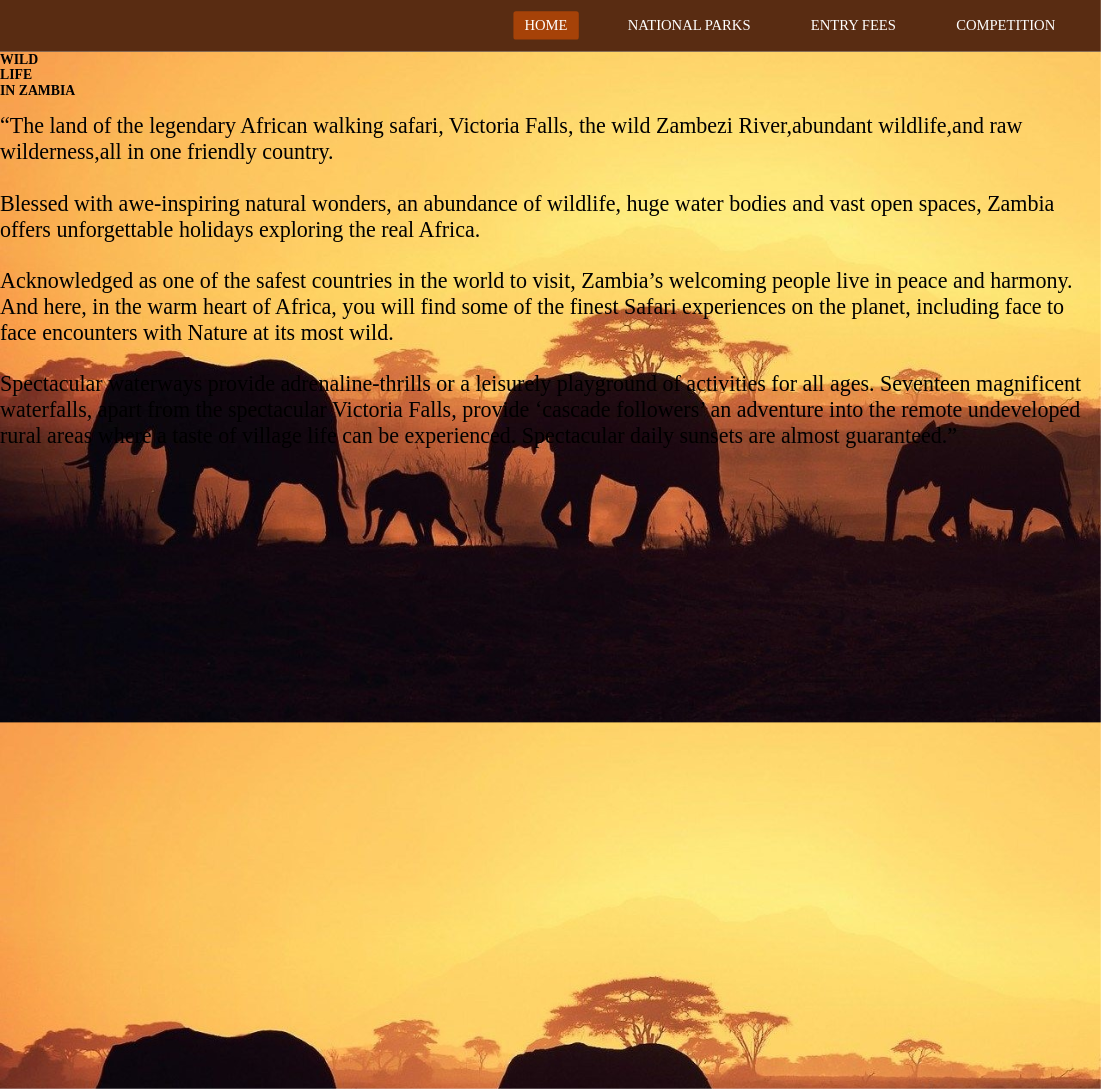
Repository: Lungdjos/web_assignment_3rd_yr
Page: home/index.html
These files come from the project's save history. The page is drawn as it stood at one moment and after the next save; the edit follows.
The browser window is 1280 px wide. The pictures show the whole page, at 86% of full size.
Some web libraries are served in a nearby version.

Above is the page before, as saved 2021-06-18 15:19:23.

After the next save:
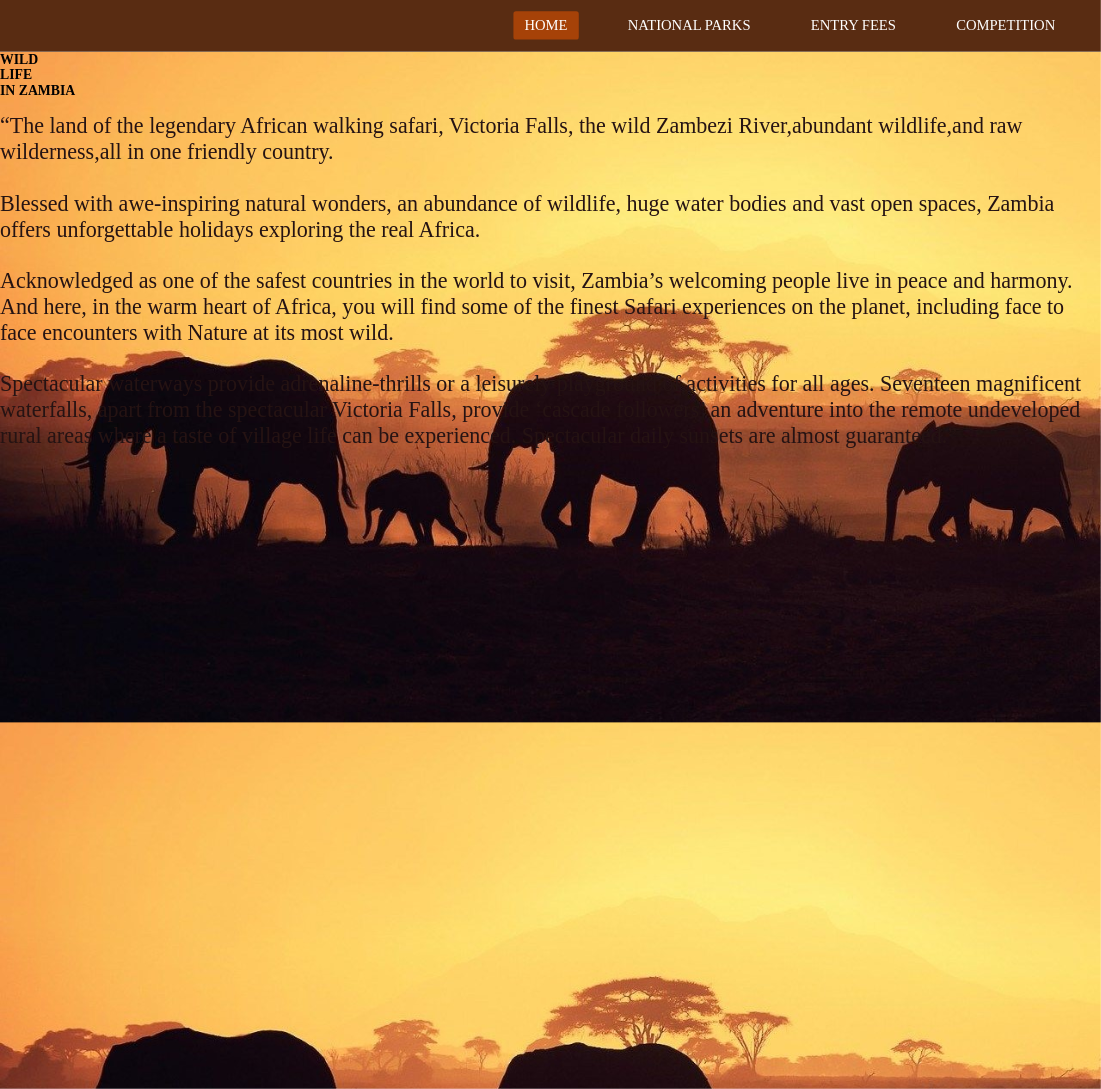
Saved 17 s later.
--- a/home/index.css
+++ b/home/index.css
@@ -160,7 +160,7 @@
     .para2 {
         font-variant-position: initial;
         font-size: 1.6em;
-        color: black;
+        color: rgb(37, 19, 19);
         display: relative;
         float: initial;
     }
